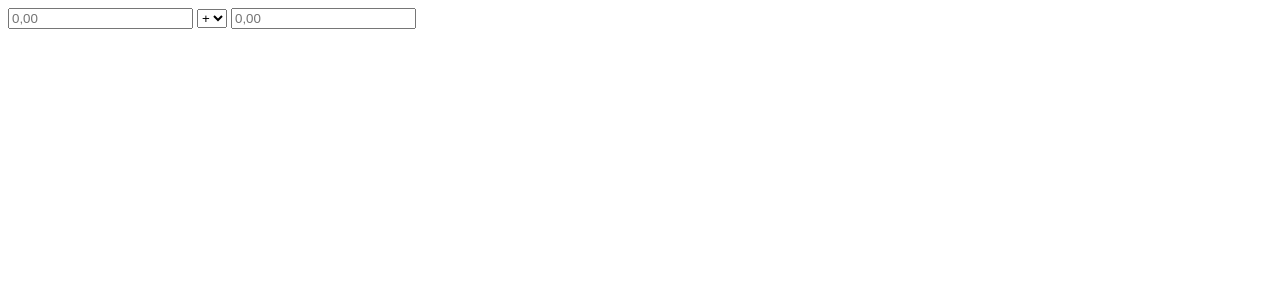
Repository: DeboraGuerra/programacaoWeb
Page: projetos-java/Desafio04/WebContent/index.htm
These files come from the project's save history. The page is drawn as it stood at one moment and after the next save; the edit follows.
The browser window is 1280 px wide. The pictures show the whole page.

Above is the page before, as saved 2020-03-23 15:43:58.

After the next save:
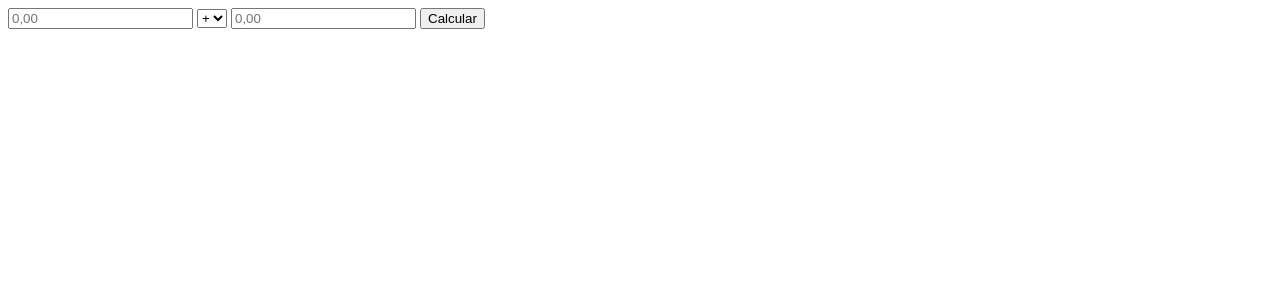
Saved 82 s later.
--- a/projetos-java/Desafio04/WebContent/index.htm
+++ b/projetos-java/Desafio04/WebContent/index.htm
@@ -19,6 +19,7 @@
 			</select>
 
 			<input type="number" placeholder="0,00" step="0.01" name="num2">
+			<input type="submit" value="Calcular">
 		</form>
 	</body>
 
